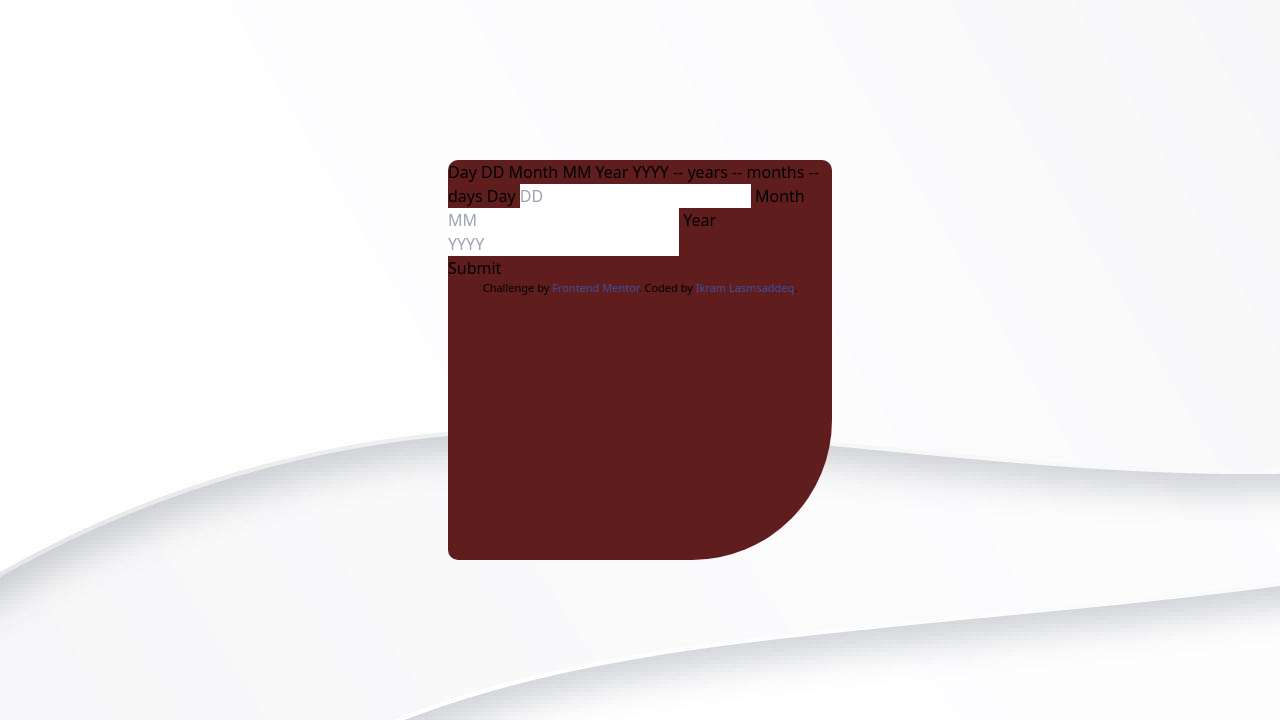
Repository: ikram-lisa/age-display
Page: /
An editor plug-in stored every save of this project. The page is shown before and after the next save, followed by the edit.
The browser window is 1280 px wide. The pictures show the whole page.
Some web libraries are served in a nearby version. The project was rebuilt for these pictures with package versions that can differ from the ones it lists, and the page was loaded fresh each time.

Above is the page before, as saved 2024-04-30 15:32:27.

### index.html
<!DOCTYPE html>
<html lang="en">
  <head>
    <meta charset="UTF-8" />
    <meta name="viewport" content="width=device-width, initial-scale=1.0" />
    <!-- displays site properly based on user's device -->
    <link href="https://cdn.tailwindcss.com" rel="stylesheet" />
    <link rel="stylesheet" href="./css/style.scss" />
    <link
      rel="icon"
      type="image/png"
      sizes="32x32"
      href="./assets/images/favicon-32x32.png"
    />

    <title>Frontend Mentor | Age calculator app</title>
    <style>
      .attribution {
        font-size: 11px;
        text-align: center;
      }
      .attribution a {
        color: hsl(228, 45%, 44%);
      }
    </style>
  </head>
  <!-- <script type="module" src="js/script.js"></script> -->
  <body>
    <section class="calculator bg-red-500">
      <form action="">
        Day DD Month MM Year YYYY -- years -- months -- days
        <label for="day">Day</label>
        <input id="day" type="number" placeholder="DD" />

        <label for="month">Month</label>
        <input id="month" type="number" placeholder="MM" />

        <label for="year">Year</label>
        <input id="year" type="number" placeholder="YYYY" />
      </form>

      <button id="submit">Submit</button>

      <div class="result">
        <p class="days"></p>
        <p class="month"></p>
        <p class="years"></p>
      </div>

      <div class="attribution">
        Challenge by
        <a href="https://www.frontendmentor.io?ref=challenge" target="_blank"
          >Frontend Mentor</a
        >. Coded by <a href="#">Ikram Lasmsaddeq</a>.
      </div>
    </section>
  </body>
</html>

### css/style.scss
@tailwind base;
@tailwind components;
@tailwind utilities;

* {
  margin: 0;
  padding: 0;
  box-sizing: border-box;
}
body {
  background-image: url("../images/background.jpg");
  height: 100vh;
  overflow: hidden;
}
.calculator {
  width: 30%;
  height: 400px;
  background-color: rgb(96, 29, 29);
  position: absolute;
  top: 50%;
  left: 50%;
  transform: translate(-50%, -50%);
  border-radius: 10px 10px 140px 10px;
}

Loaded but not shown: tailwind.config.js (1075 lines, source omitted)

After the next save:
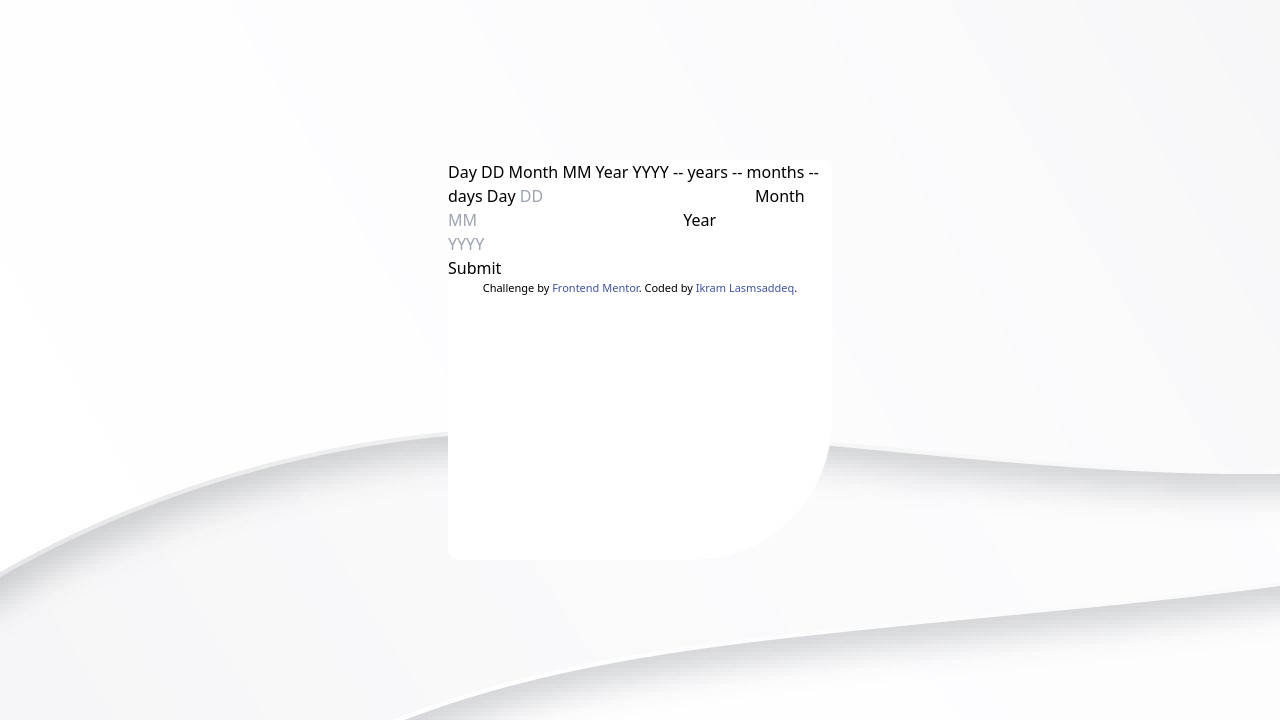
Saved 5 s later.
--- a/css/style.scss
+++ b/css/style.scss
@@ -15,7 +15,7 @@ body {
 .calculator {
   width: 30%;
   height: 400px;
-  background-color: rgb(96, 29, 29);
+  background-color: white;
   position: absolute;
   top: 50%;
   left: 50%;
